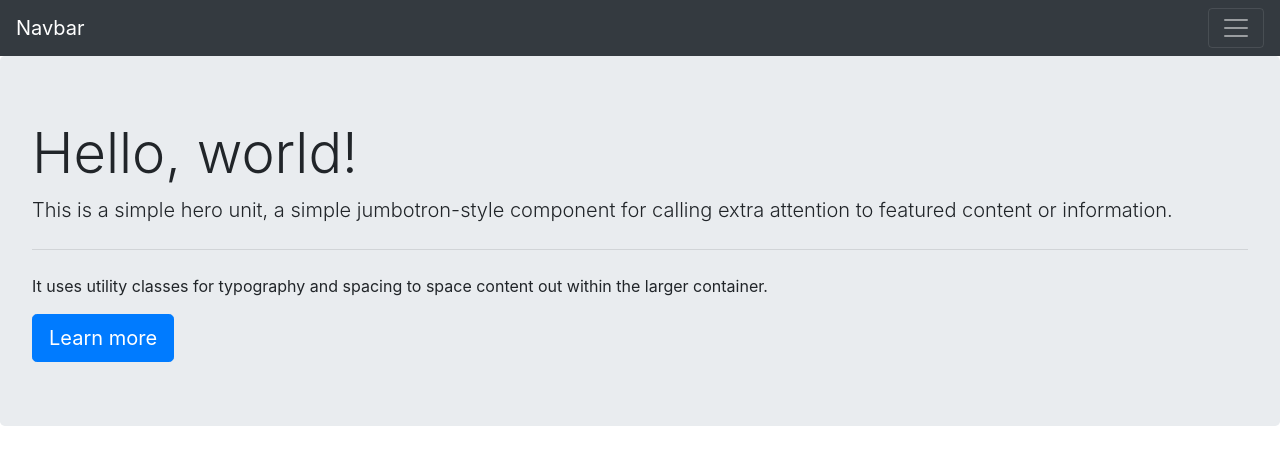
Repository: Nilda-hub/HTML
Page: http://localhost/index
An editor plug-in stored every save of this project. The page is shown before and after the next save, followed by the edit.
The browser window is 1280 px wide. The pictures show the whole page.
The page is this project's Thymeleaf template; nobody is signed in. The template is opened directly, without the code that normally fills it, so the values that code supplies are empty.

Above is the page before, as saved 2021-10-22 03:55:45.

After the next save:
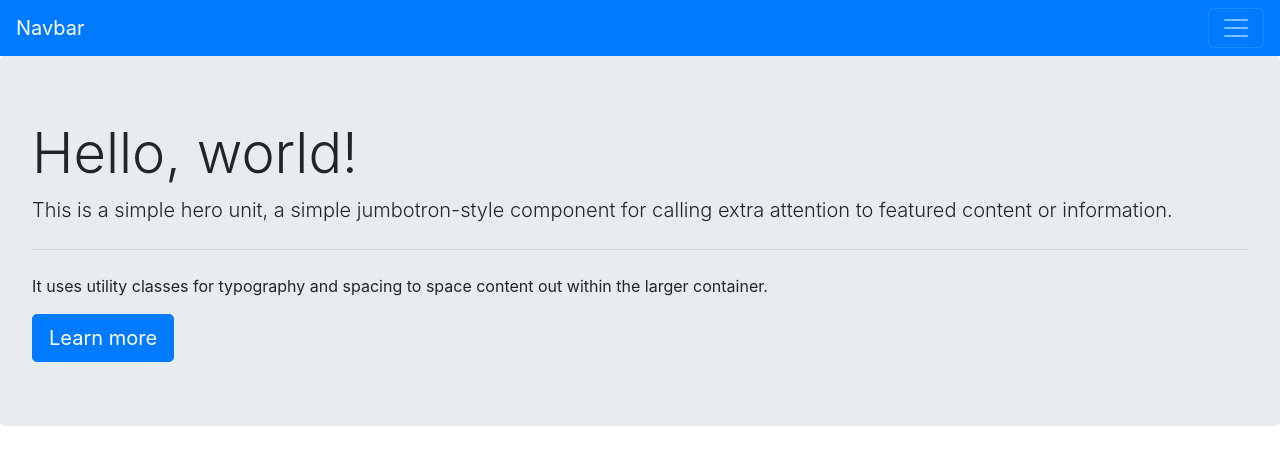
Saved 32 s later.
--- a/Springboot-Workspace/demo/src/main/resources/templates/index.html
+++ b/Springboot-Workspace/demo/src/main/resources/templates/index.html
@@ -7,7 +7,7 @@
     <title>Curso Spring Boot</title>
   </head>
   <body>
-   <nav class="navbar navbar-dark bg-dark">
+   <nav class="navbar navbar-dark bg-primary">
   <a class="navbar-brand" href="#">Navbar</a>
   <button class="navbar-toggler" type="button" data-toggle="collapse" data-target="#navbarNav" aria-controls="navbarNav" aria-expanded="false" aria-label="Toggle navigation">
     <span class="navbar-toggler-icon"></span>
